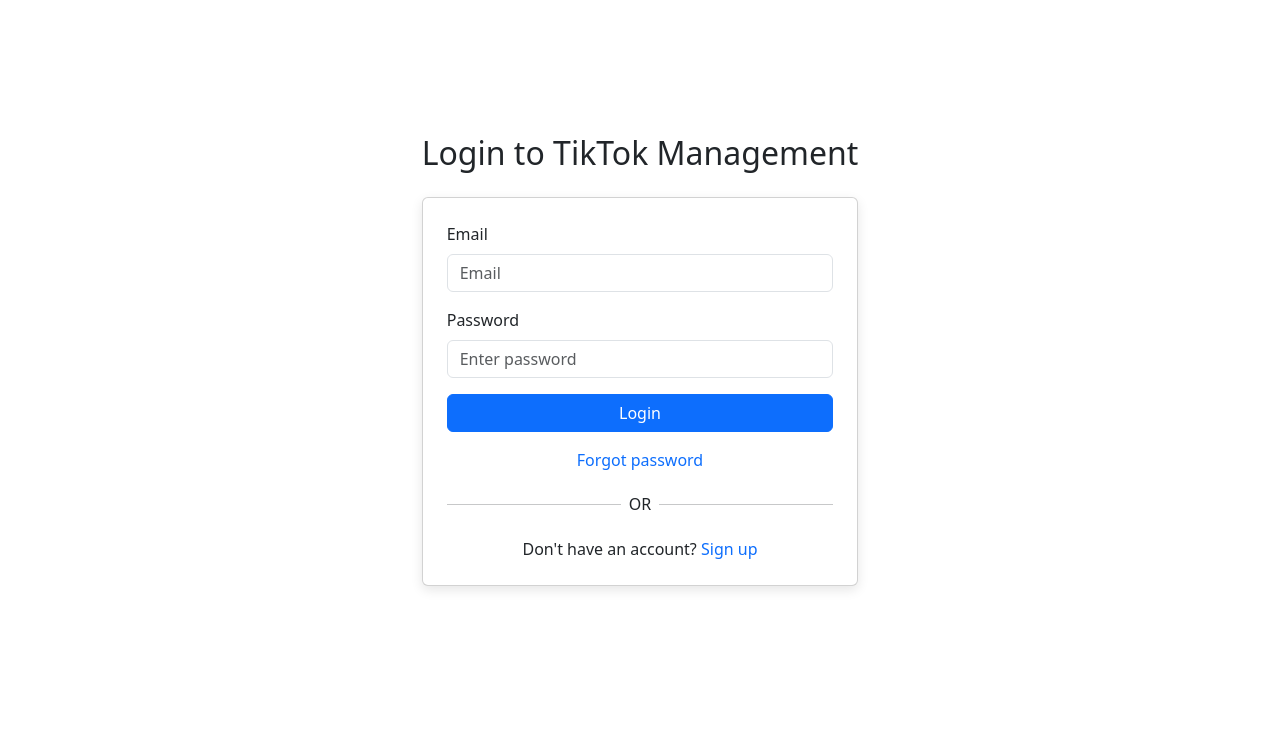
Repository: chaolaolo/tikcrm-fe
Page: /
These files come from the project's save history. The page is drawn as it stood at one moment and after the next save; the edit follows.
The browser window is 1280 px wide. The pictures show the whole page.
The project was rebuilt for these pictures with package versions that can differ from the ones it lists, and the page was loaded fresh each time. Also part of the build but not shown: vite.config.ts, src/pages/Home/Settings.tsx, src/pages/Home/HomePage.tsx. Imported but missing from the stored project, and not drawn on this page: src/pages/Home/Dashboard, src/pages/Register/RegisterPage.

Above is the page before, as saved 2025-05-22 21:30:36.

After the next save:
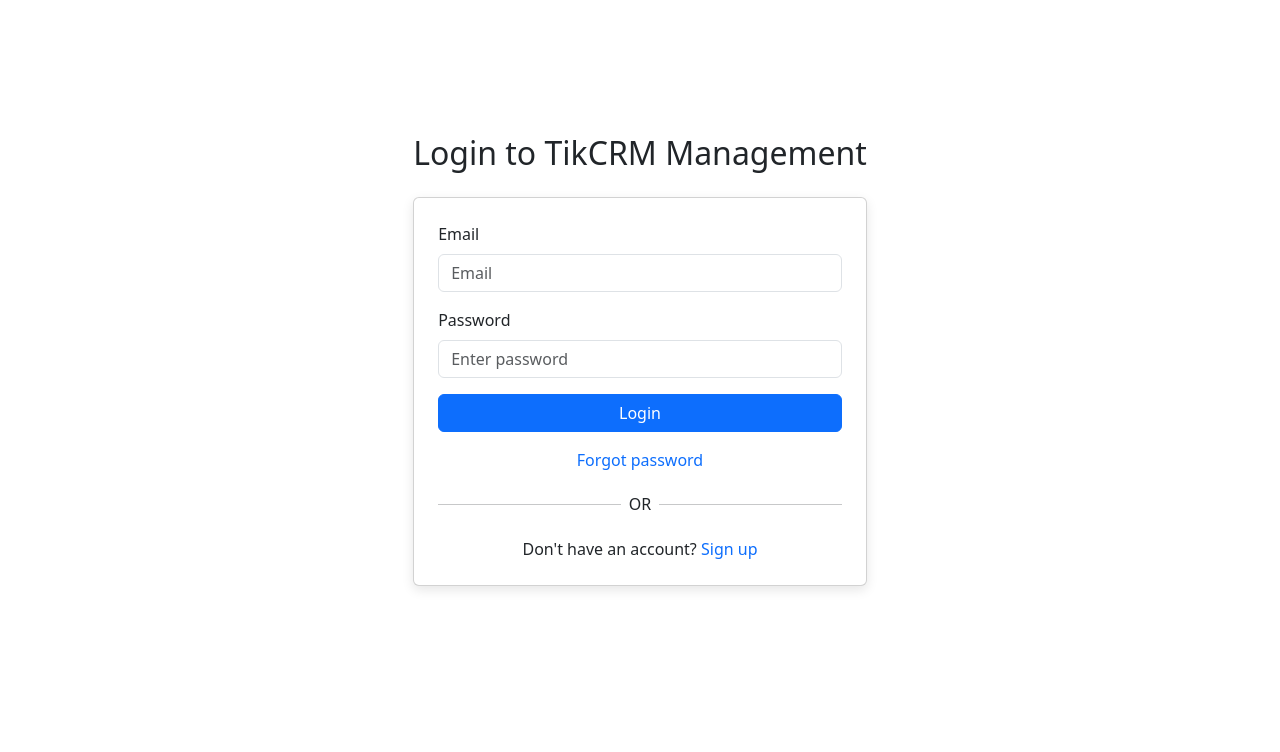
Saved 20 s later.
--- a/src/pages/Auth/LoginPage.tsx
+++ b/src/pages/Auth/LoginPage.tsx
@@ -5,7 +5,7 @@
   return (
     <div className="container d-flex justify-content-center align-items-center" style={{ minHeight: '100vh' }}>
       <div>
-        <h2 className="text-center mb-4">Login to TikTok Management</h2>
+        <h2 className="text-center mb-4">Login to TikCRM Management</h2>
         <div className="card p-4" style={{ width: '100%', maxWidth: '600px', minWidth: '50%', boxShadow: '0 4px 12px rgba(0, 0, 0, 0.1)' }}>
           <form>
             <div className="mb-3 text-start">
@@ -19,7 +19,7 @@
             </div>
 
             <div className="mb-3 text-start">
-              <label htmlFor="password" className="form-label text-start">Password</label>
+              <label htmlFor="password" className="form-label">Password</label>
               <input
                 type="password"
                 className="form-control"
